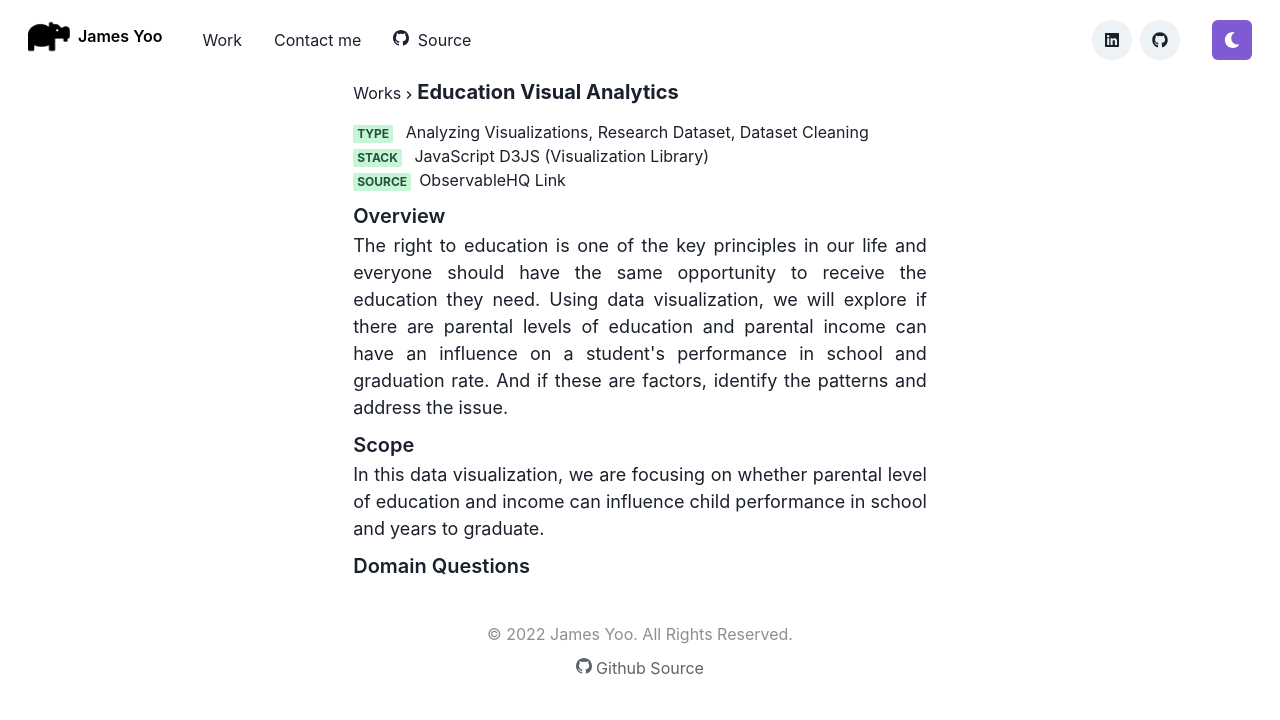
Repository: jammy729/portfolio-2022
Page: /work/educationvisualanalytics
The author's editor kept a copy of each file at every save. The page is drawn from the files as they stood at one save, then again after a run of saves.
The browser window is 1280 px wide. The pictures show the whole page.
The project was rebuilt for these pictures with package versions that can differ from the ones it lists, and the page was loaded fresh each time. Also part of the build but not shown: src/components/home.js, src/components/contact.js, src/components/layouts/layout.js, src/components/work/work.js, src/components/work/Development/WorldInstitutionDatabase/worldinstitutiondatabase.js, src/components/work/Development/GeoMemories/geomemories.js, src/components/work/Design/ExperienceDesign/experiencedesign.js, src/components/work/Development/PersonalPortfolio/personalportfolio.js. Imported but missing from the stored project, and not drawn on this page: src/components/work/Design/FinestCup/finestcup, src/components/work/Development/WorldInstitutionDatabase/universityDatabase.mp4.

Above is the page before, as saved 2022-06-28 15:09:15.

After the next 5 saves:
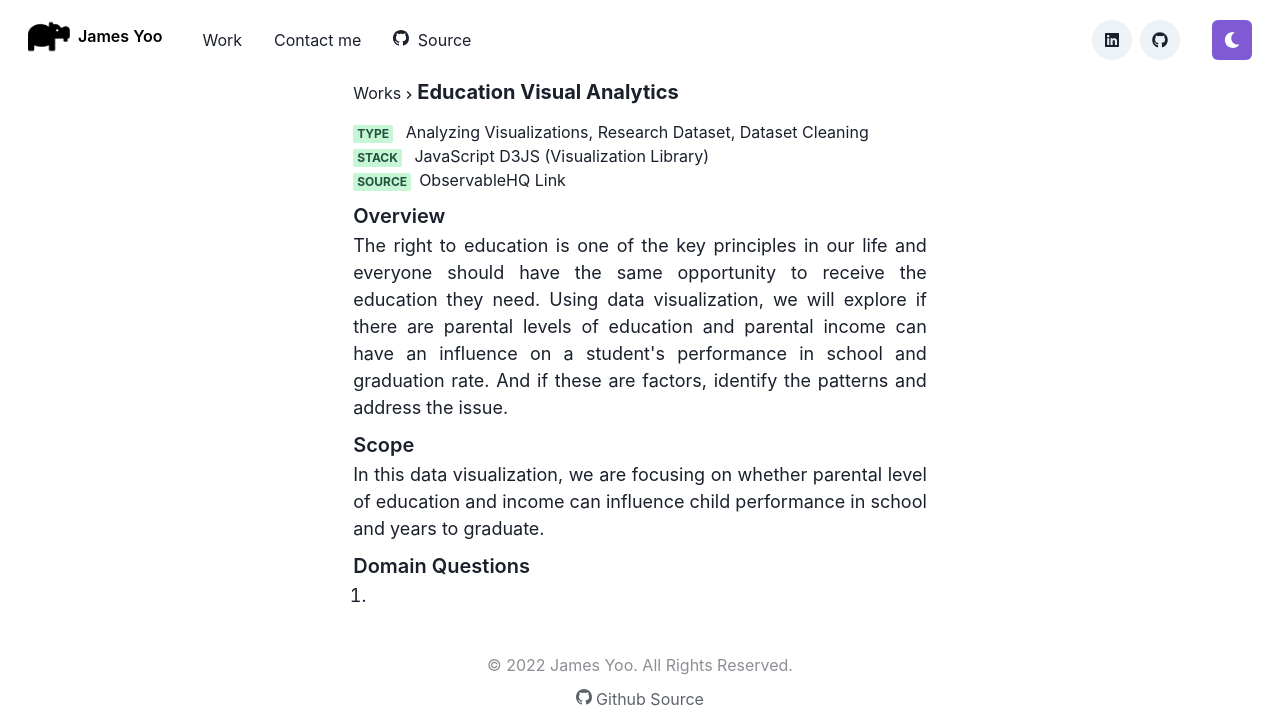
The 5 saves are shown as one change because they came seconds apart.
The last was saved 13 s later.
--- a/src/components/work/Development/EducationVisualAnalytics/educationvisualanalytics.js
+++ b/src/components/work/Development/EducationVisualAnalytics/educationvisualanalytics.js
@@ -50,9 +50,11 @@ const EducationVisualAnalytics = () => {
         {/* DOMAIN QUESTIONS  */}
         <Writing size='md' title='Domain Questions' />
         <DescriptionText>
-<OrderedList>
-  List
-</OrderedList>
+          <OrderedList>
+            <ListItem>
+
+            </ListItem>
+            </OrderedList>
         </DescriptionText>
       </Container>
     </Box>
